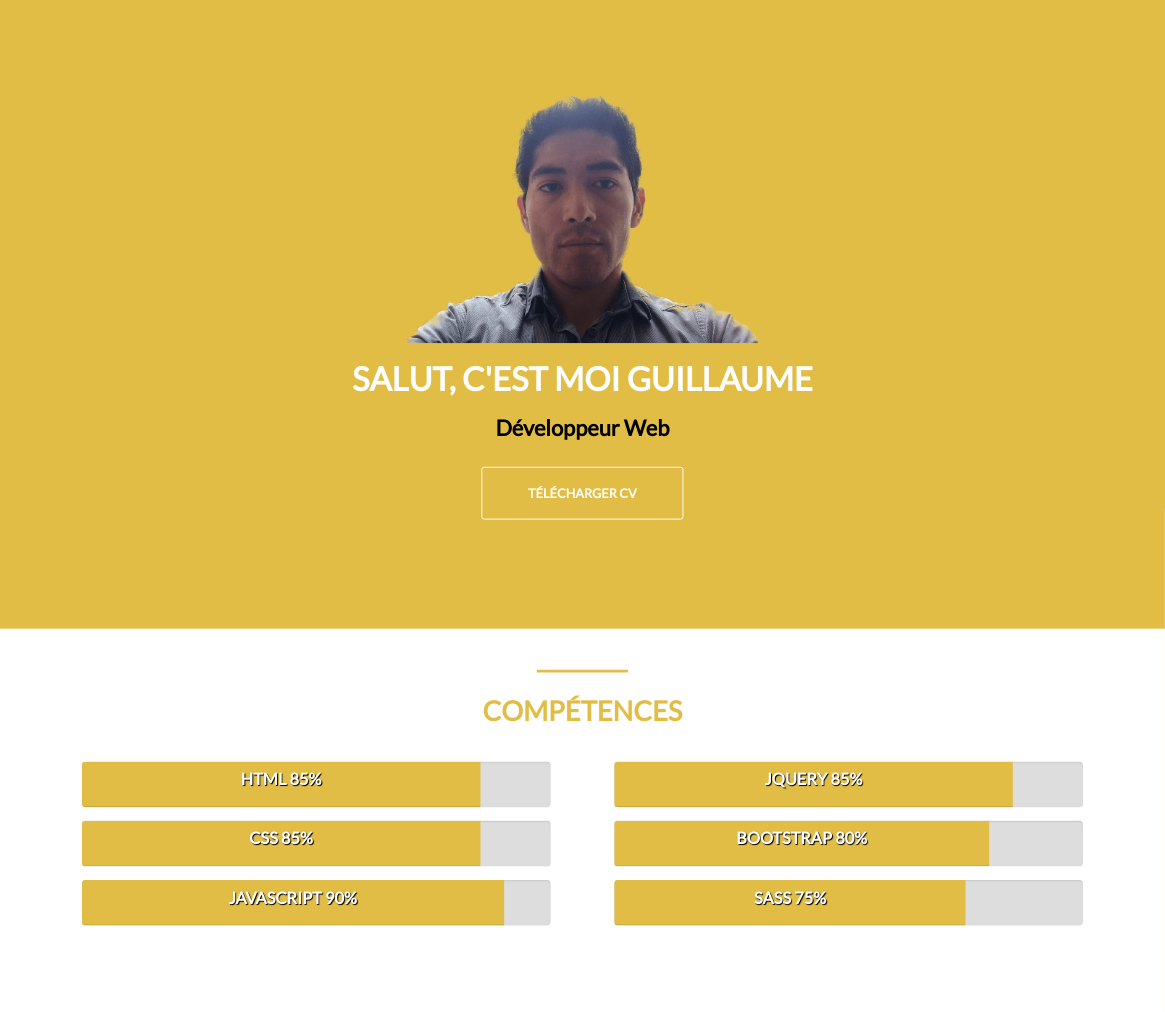
Repository: 0Memo/mon-cv
Page: index.html
These files come from the project's save history. The page is drawn as it stood at one moment and after the next save; the edit follows.
The browser window is 1280 px wide. The pictures show the whole page, at 91% of full size.

Above is the page before, as saved 2020-12-28 21:23:33.

### index.html
<!DOCTYPE html>
<html lang="en">
    <head>
        <meta charset="UTF-8">
        <meta name="viewport" content="width=device-width, initial-scale=1.0">
        <meta name="description" content="Voici mon cv, vous pourrez découvrir mon parcours de formation, et mes expériences professionnelles">
        <meta name="author" content="Guillaume Mehats">
        <title>Mon CV</title>
        <link rel="preconnect" href="https://fonts.gstatic.com">
        <link href="https://fonts.googleapis.com/css2?family=Lato&display=swap" rel="stylesheet">
        <link rel="stylesheet" href="css/bootstrap.min.css">
        <link rel="stylesheet" href="css/styles.css">
        <link rel="shortcut icon" href="img/colombia.png">
    </head>
    <body>
        <section id="about" class="container-fluid">
            <div class="col-xs-8 col-md-4 profile-picture">
                <img src="img/photo.png" alt="Guillaume" class="rounded-circle">
            </div>
            <div class="heading">
                <h1>Salut, c'est moi Guillaume</h1>
                <h3>Développeur Web</h3>
                <a href="docs/CV_Guillaume_Mehats.pdf" class="button1">Télécharger CV</a>
            </div>
        </section>

        <section id="skills">
            <div class="yellow-divider">
            </div>
            <div class="heading">
                <h2>Compétences</h2>
            </div>
            <div class="container">
                <div class="row">
                    <div class="col-md-6">
                        <div class="progress">
                            <div class="progress-bar" role="progressbar" aria-valuenow="85" aria-valuemin="0" aria-valuemax="100" style="width:85%">
                                <h5>HTML 85%</h5>
                            </div>
                        </div>
                        <div class="progress">
                            <div class="progress-bar" role="progressbar" aria-valuenow="85" aria-valuemin="0" aria-valuemax="100" style="width:85%">
                                <h5>CSS 85%</h5>
                            </div>
                        </div>
                        <div class="progress">
                            <div class="progress-bar" role="progressbar" aria-valuenow="90" aria-valuemin="0" aria-valuemax="100" style="width:90%">
                                <h5>JAVASCRIPT 90%</h5>
                            </div>
                        </div>
                    </div>
                    <div class="col-md-6">
                        <div class="progress">
                            <div class="progress-bar" role="progressbar" aria-valuenow="85" aria-valuemin="0" aria-valuemax="100" style="width:85%">
                                <h5>JQUERY 85%</h5>
                            </div>
                        </div>
                        <div class="progress">
                            <div class="progress-bar" role="progressbar" aria-valuenow="80" aria-valuemin="0" aria-valuemax="100" style="width:80%">
                                <h5>BOOTSTRAP 80%</h5>
                            </div>
                        </div>
                        <div class="progress">
                            <div class="progress-bar" role="progressbar" aria-valuenow="75" aria-valuemin="0" aria-valuemax="100" style="width:75%">
                                <h5>SASS 75%</h5>
                            </div>
                        </div>
                    </div>
                </div>
            </div>
        </section>


        <script src="js/jquery-3.5.1.min.js"></script>
        <script src="https://cdn.jsdelivr.net/npm/popper.js@1.16.0/dist/umd/popper.min.js" integrity="sha384-Q6E9RHvbIyZFJoft+2mJbHaEWldlvI9IOYy5n3zV9zzTtmI3UksdQRVvoxMfooAo" crossorigin="anonymous"></script>
        <script src="js/bootstrap.min.js"></script>
        <script src="js/script.js"></script>
    </body>
</html>

### css/styles.css
body {
    font-family: 'Lato', sans-serif;
}

h1, h2, h3, h4, h5, h6 {
    font-weight: bold;
}


.profile-picture {
    text-align: center;
    margin: 0 auto;
    float: none;
}

img {
    max-width: 100%;
    height: auto;
}

section {
    padding: 45px 0 80px 0;
}

#about {
    padding-top: 100px;
    background: #e2bd45;
}

#about  .heading {
    text-align: center;
    padding-bottom: 40px;
}

#about .heading h1 {
    color: #fff;
    text-transform: uppercase;
}

#about .heading h3 {
    color: #000;
}

#about .heading .button1 {
    color: #fff;
    font-weight: bold;
    text-transform: uppercase;
    border: 1px solid #fff;
    margin-top: 20px;
    display: inline-block;
    padding: 18px 50px;
    border-radius: 3px;
    transition: all 0.3s ease-in 0s;
}

#about .heading .button1:hover {
    text-decoration: none;
    background: #fff;
    color: #e2bd45;
}

#skills {
    background: #fff;
}

#skills .yellow-divider {
    width: 100px;
    height: 3px;
    background: #e2bd45;
    margin: 0 auto;
}

#skills .heading h2 {
    color: #e2bd45;
    text-align: center;
    text-transform: uppercase;
    margin: 25px;
}

#skills .progress {
    margin: 15px 20px;
    height: 50px;
    background: #ddd;
}

#skills .progress .progress-bar {
    background: #e2bd45;
}


#skills .progress .progress-bar h5 {
    text-shadow: 1px 1px 1px #000;
    font-size: 18px;
    line-height: 18px;
}

Loaded but not shown: css/bootstrap.min.css (library); js/jquery-3.5.1.min.js (library); js/bootstrap.min.js (library); js/script.js (no copy from this time; the picture is the same without it)

After the next save:
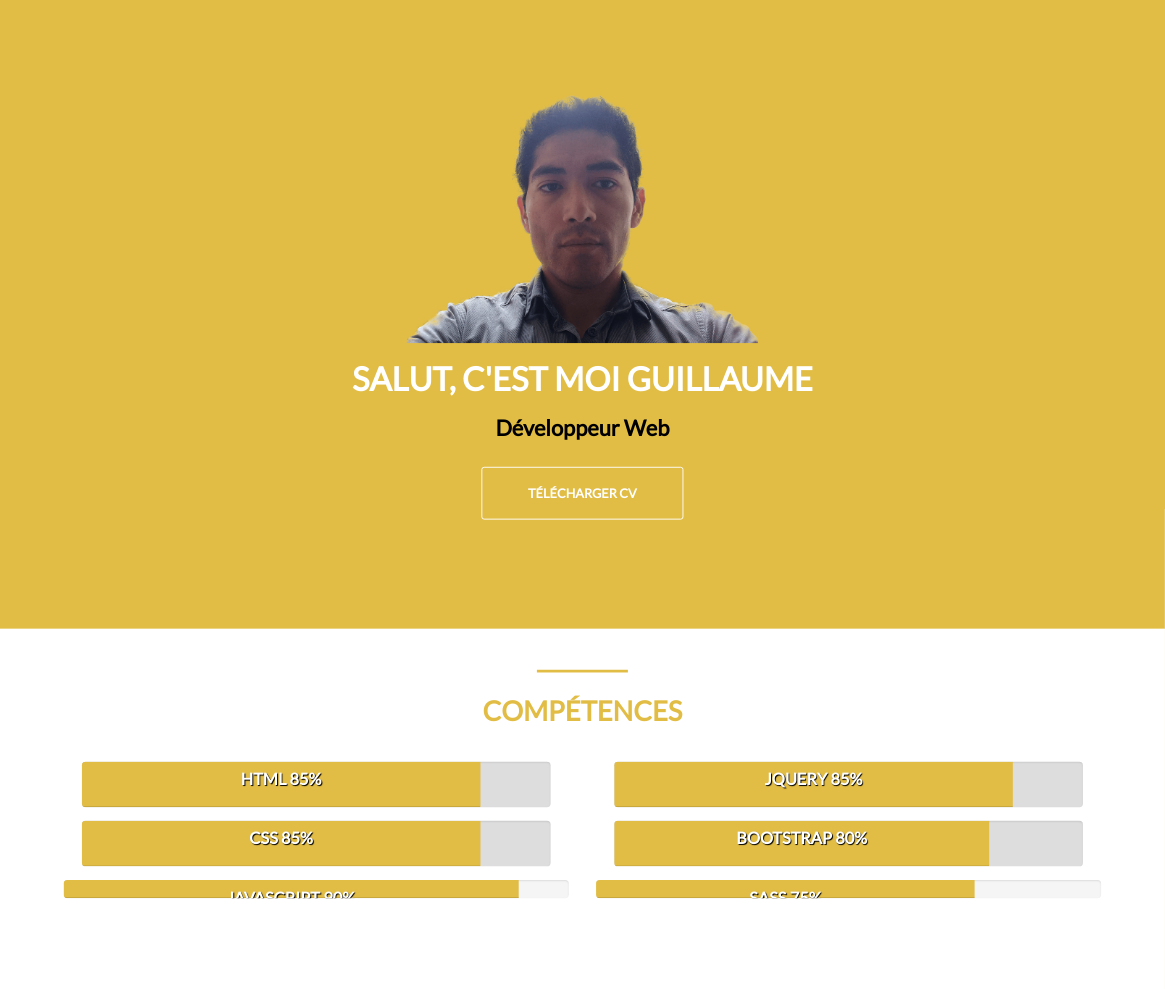
Saved 42 s later.
--- a/css/styles.css
+++ b/css/styles.css
@@ -77,7 +77,7 @@
     margin: 25px;
 }
 
-#skills .progress {
+#skills .progress:not(:last-child) {
     margin: 15px 20px;
     height: 50px;
     background: #ddd;

After the save that followed:
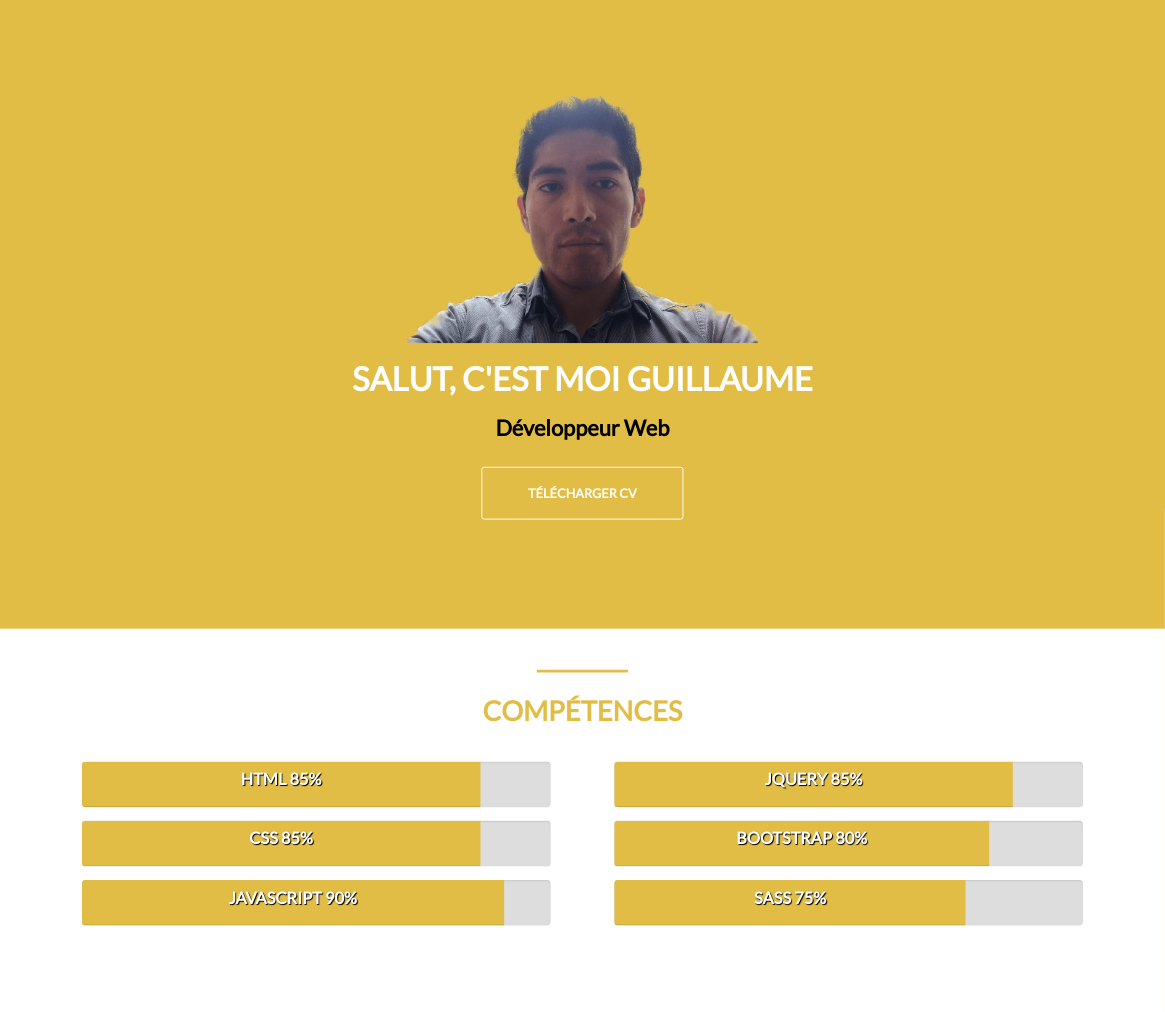
Saved 35 s later.
--- a/css/styles.css
+++ b/css/styles.css
@@ -77,10 +77,14 @@
     margin: 25px;
 }
 
-#skills .progress:not(:last-child) {
+#skills .progress {
     margin: 15px 20px;
     height: 50px;
     background: #ddd;
+}
+
+#skills .progress:not(:last-child) {
+    height: 50px;
 }
 
 #skills .progress .progress-bar {
